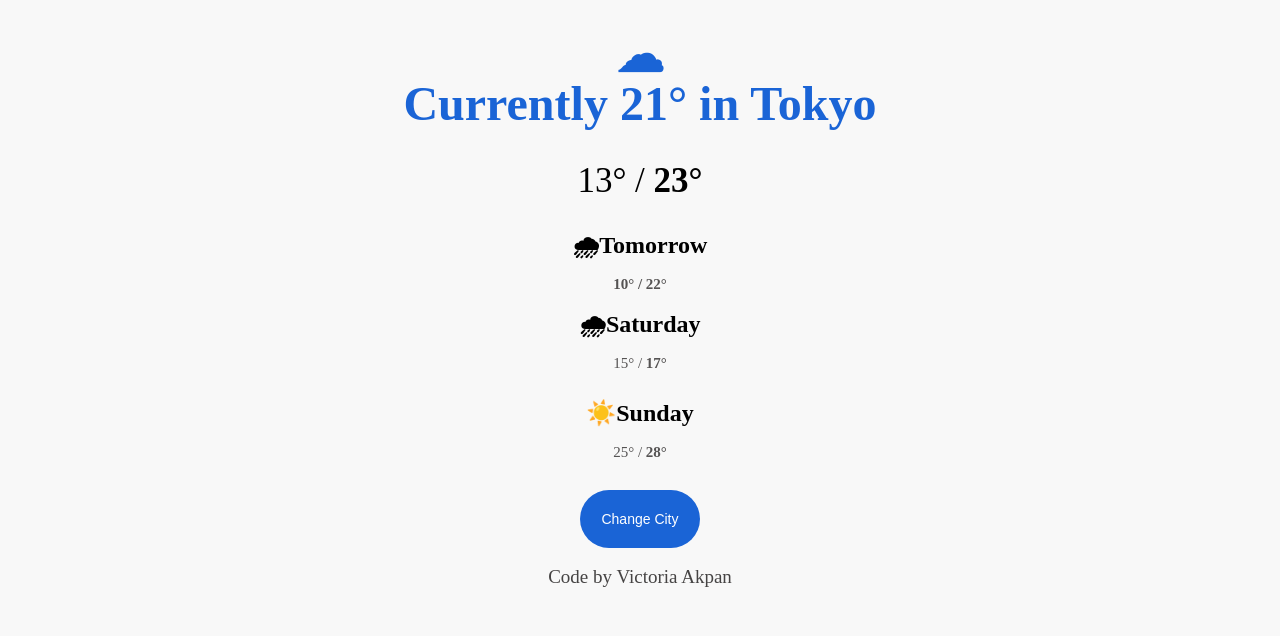
Repository: VickyJacob23/SheCode
Page: firstCode/weatherAppHomeWork.html
These files come from the project's save history. The page is drawn as it stood at one moment and after the next save; the edit follows.
The browser window is 1280 px wide. The pictures show the whole page.

Above is the page before, as saved 2024-08-27 14:15:21.

After the next save:
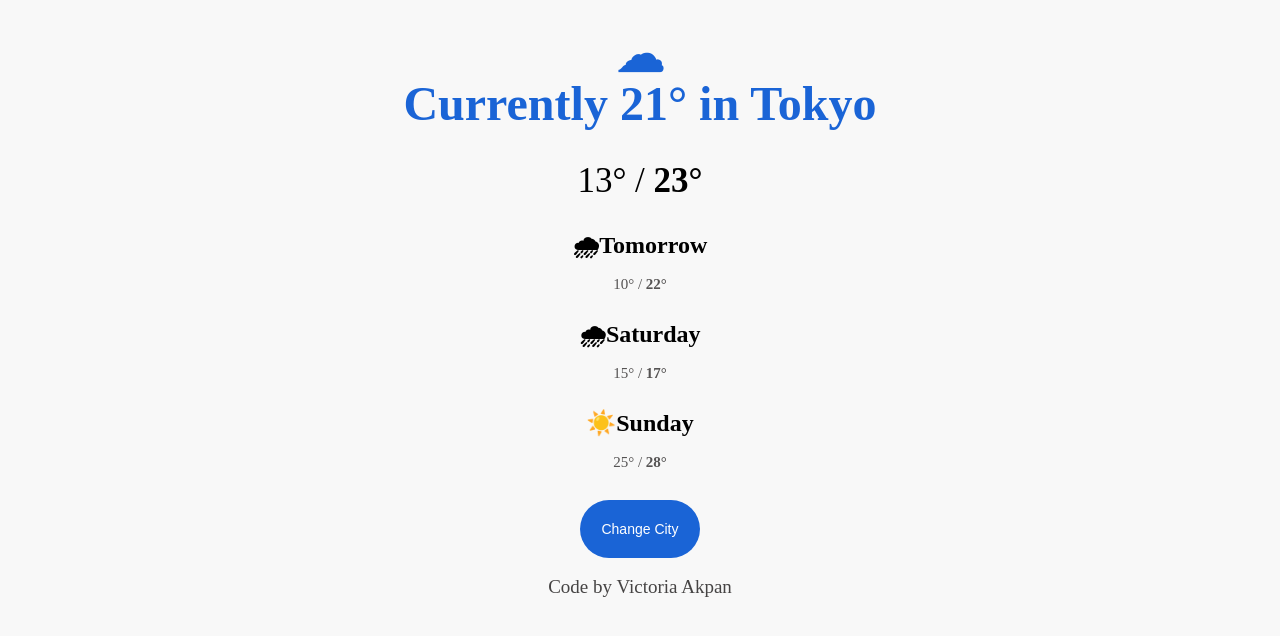
Saved 62 s later.
--- a/firstCode/weatherAppHomeWork.html
+++ b/firstCode/weatherAppHomeWork.html
@@ -71,10 +71,10 @@
       <h1><div>☁ </div> Currently 21° in Tokyo</h1>
       <p id="bold">13° / <span>23°</span></p>
 
-      <span class="days">
+      <div class="days">
         <h2>🌧Tomorrow</h2>
         <p class="gray">10° / <span>22°</span></p>
-      </span>
+      </div>
 
       <div class="days">
         <h2>🌧Saturday</h2>
